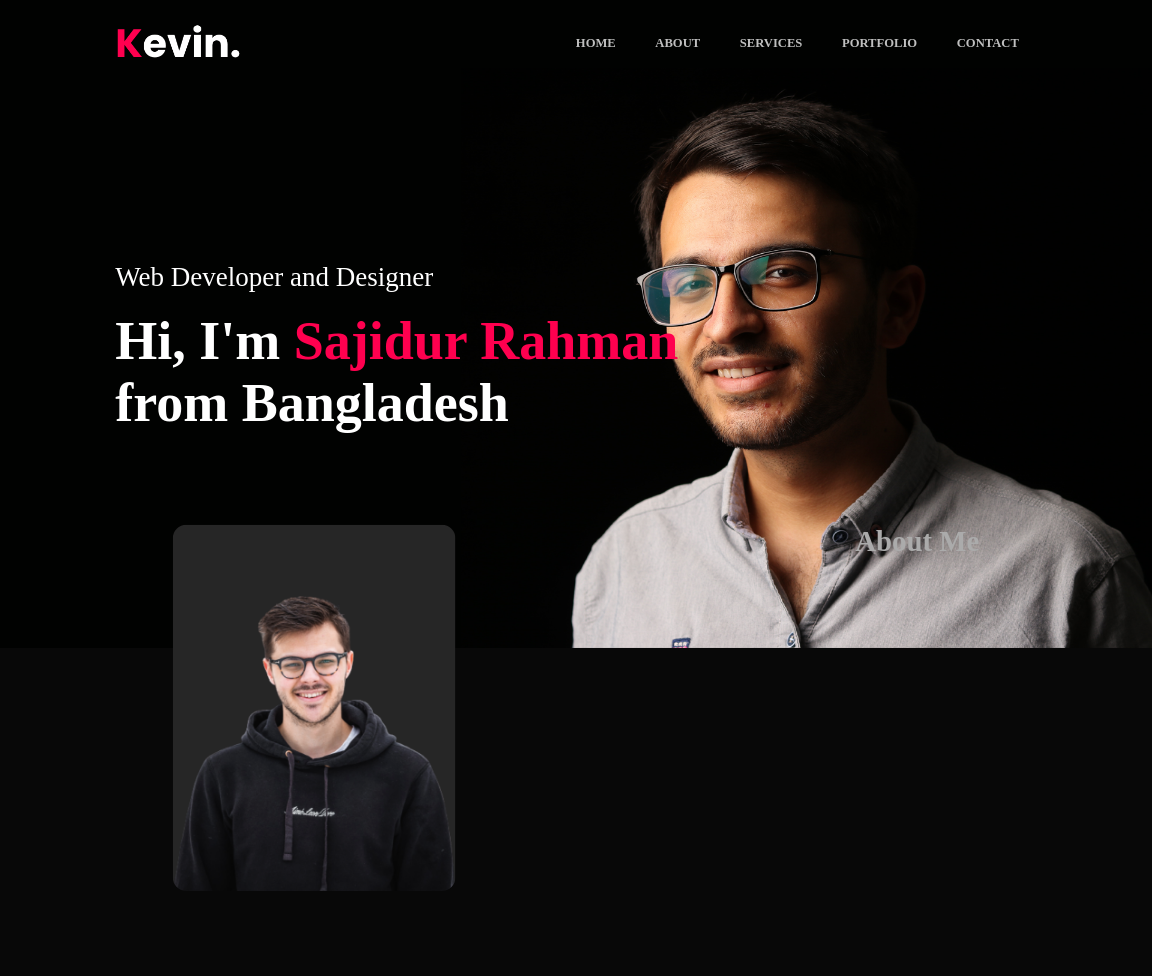
Repository: devsajid/Portfolio-website-with-HTML-CSS-JS
Page: index.html
The author's editor kept a copy of each file at every save. The page is drawn from the files as they stood at one save, then again after a run of saves.
The browser window is 1280 px wide. The pictures show the whole page, at 90% of full size.

Above is the page before, as saved 2022-12-11 05:13:19.

### index.html
<!DOCTYPE html>
<html lang="en">
  <head>
    <meta charset="UTF-8" />
    <meta http-equiv="X-UA-Compatible" content="IE=edge" />
    <meta name="viewport" content="width=device-width, initial-scale=1.0" />
    <link rel="stylesheet" href="style.css" />
    <title>My Portfolio Website</title>
  </head>
  <body>
    <div id="header">
      <div class="container">
        <nav>
          <img src="images/logo.png" class="logo" alt="logo" />
          <ul>
            <li><a href="#" class="nav-link nav-link-ltr"> Home</a></li>
            <li><a href="#" class="nav-link nav-link-ltr"> About</a></li>
            <li><a href="#" class="nav-link nav-link-ltr"> Services</a></li>
            <li><a href="#" class="nav-link nav-link-ltr"> Portfolio</a></li>
            <li><a href="#" class="nav-link nav-link-ltr"> Contact</a></li>
          </ul>
        </nav>
        <div class="header-text">
          <p>Web Developer and Designer</p>
          <h1>
            Hi, I'm <span> Sajidur Rahman</span> <br />
            from Bangladesh
          </h1>
        </div>
      </div>
      <!-- About section -->
      <div id="about">
        <div class="container">
          <div class="row">
            <div class="about-col-1">
              <img src="images/user.png" alt="user" />
            </div>
            <div class="about-col-2"><h1>About Me</h1></div>
          </div>
        </div>
      </div>
    </div>
  </body>
</html>

### style.css
* {
  margin: 0;
  padding: 0;
  font-family: sen-serif;
  box-sizing: border-box;
}
body {
  background: #080808;
  color: #fff;
}
#header {
  width: 100%;
  height: 100vh;
  background-image: url(images/background.png);
  background-size: cover;
  background-position: center;
}
.container {
  padding: 10px 10%;
}
nav {
  display: flex;
  align-items: center;
  justify-content: space-between;
  flex-wrap: wrap;
}
.logo {
  width: 140px;
}
nav ul li {
  display: inline-block;
  list-style: none;
  margin: 10px 20px;
}
.nav-link {
  font-weight: bold;
  font-size: 14px;
  text-transform: uppercase;
  text-decoration: none;
  color: #fff;
  padding: 20px 0px;

  display: inline-block;
  position: relative;
  opacity: 0.75;
}

.nav-link:hover {
  opacity: 1;
}

.nav-link::before {
  transition: 300ms;
  height: 5px;
  content: "";
  position: absolute;
  background-color: #ff004f;
}

.nav-link-ltr::before {
  width: 0%;
  bottom: 10px;
}

.nav-link-ltr:hover::before {
  width: 100%;
}
.header-text {
  margin-top: 20%;
  font-size: 30px;
}
.header-text h1 {
  font-size: 60px;
  margin-top: 20px;
}
.header-text h1 span {
  color: #ff004f;
}
/* About section */
#about {
  padding: 80px;
  color: #ababab;
}
.row {
  display: flex;
  justify-content: space-between;
  flex-wrap: wrap;
}
.about-col-1 {
  flex-basis: 35%;
}
.about-col-1 img {
  width: 100%;
  border-radius: 15px;
}

After the next 2 saves:
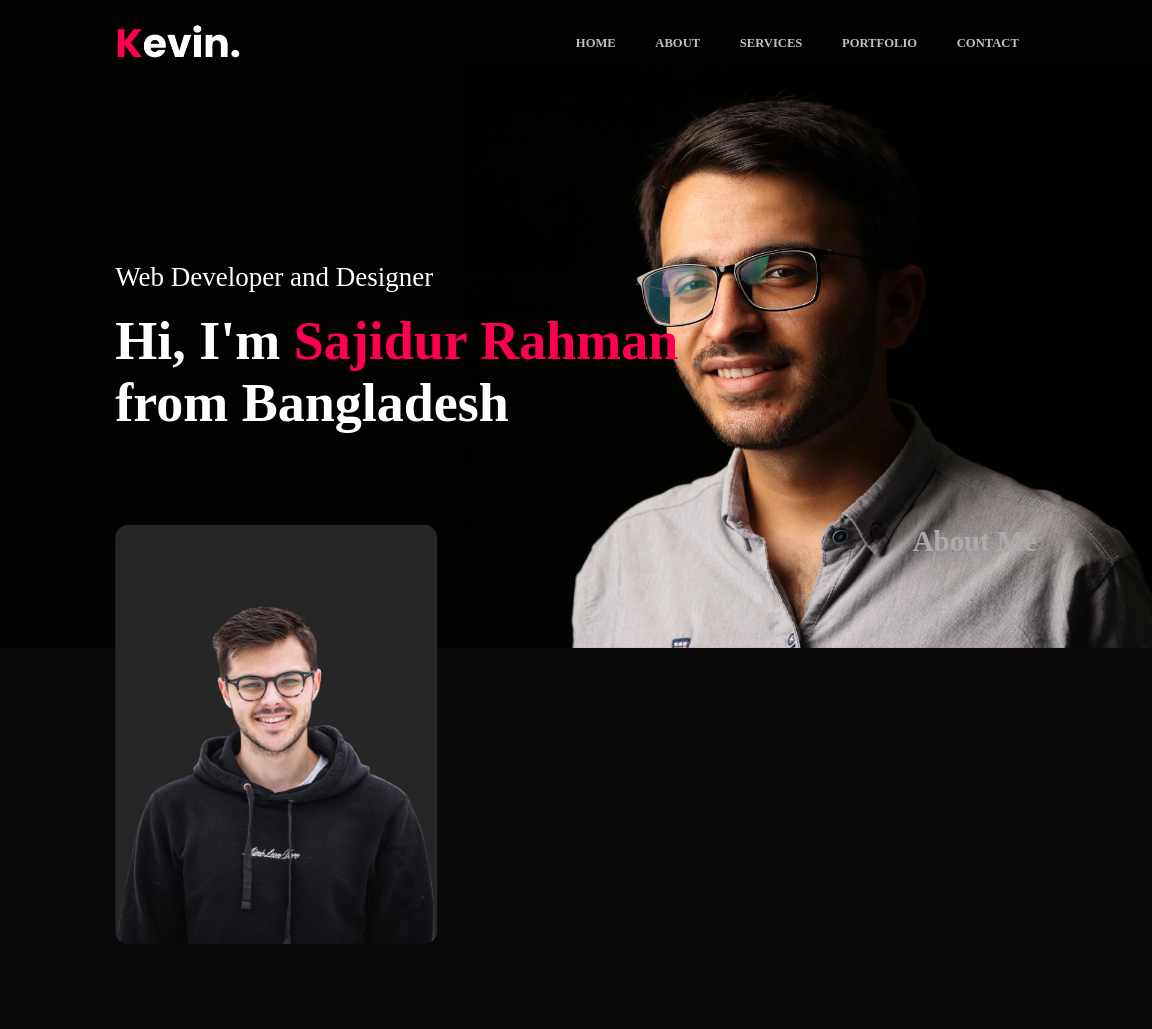
The 2 saves are shown as one change because they came seconds apart.
The last was saved 28 s later.
--- a/style.css
+++ b/style.css
@@ -78,7 +78,7 @@ nav ul li {
 }
 /* About section */
 #about {
-  padding: 80px;
+  padding: 80px 0;
   color: #ababab;
 }
 .row {
